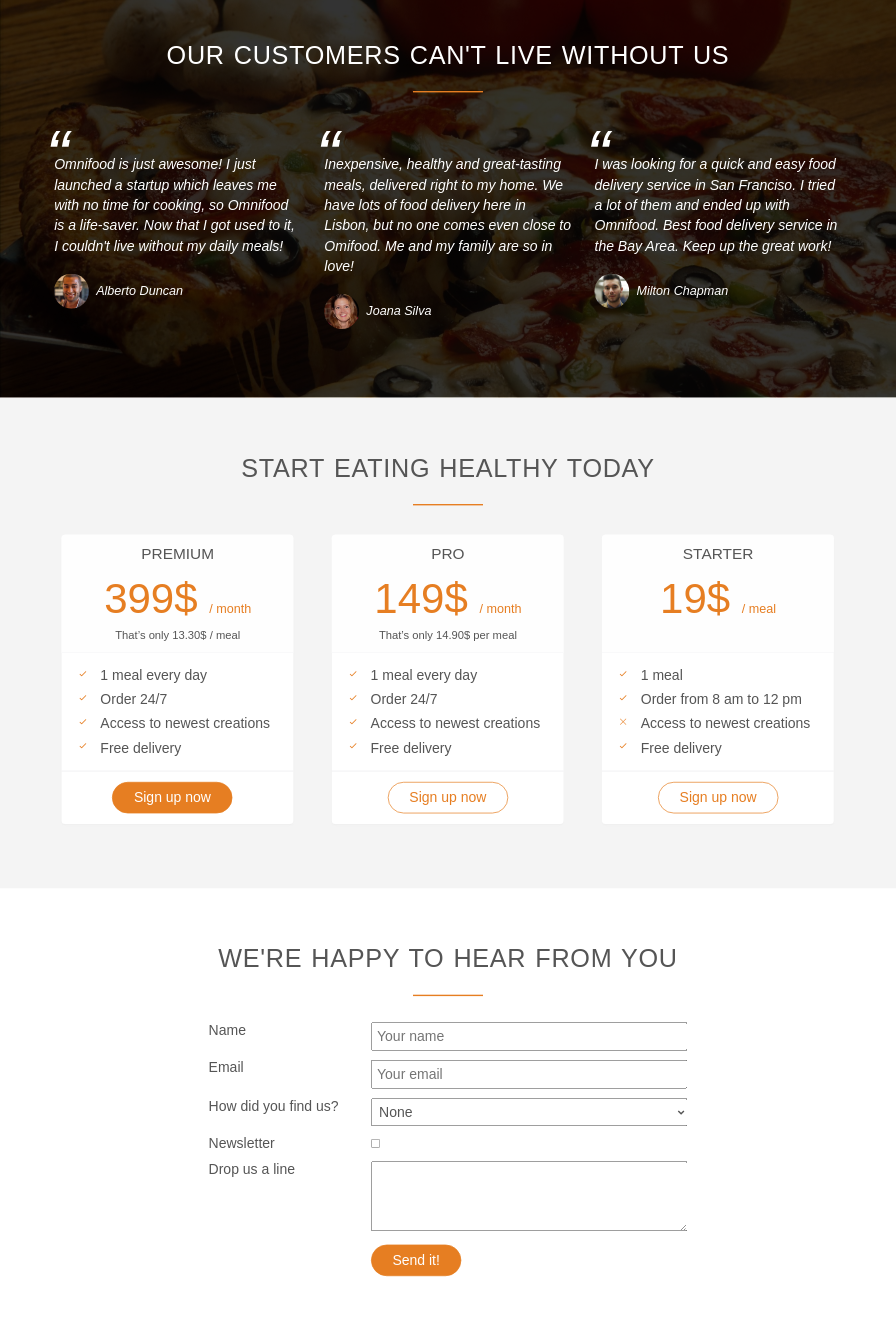
Repository: pboi18/E-Foods
Page: index.html
The author's editor kept a copy of each file at every save. The page is drawn from the files as they stood at one save, then again after the next save.
The browser window is 1280 px wide. The pictures show the part of the page from y = 3310 to 5230 px (the page is 5220 px tall before and 5230 px after), at 70% of full size.
Backgrounds fixed to the window are drawn as part of the page.

Above is the page before, as saved 2020-07-13 23:35:56.

After the next save:
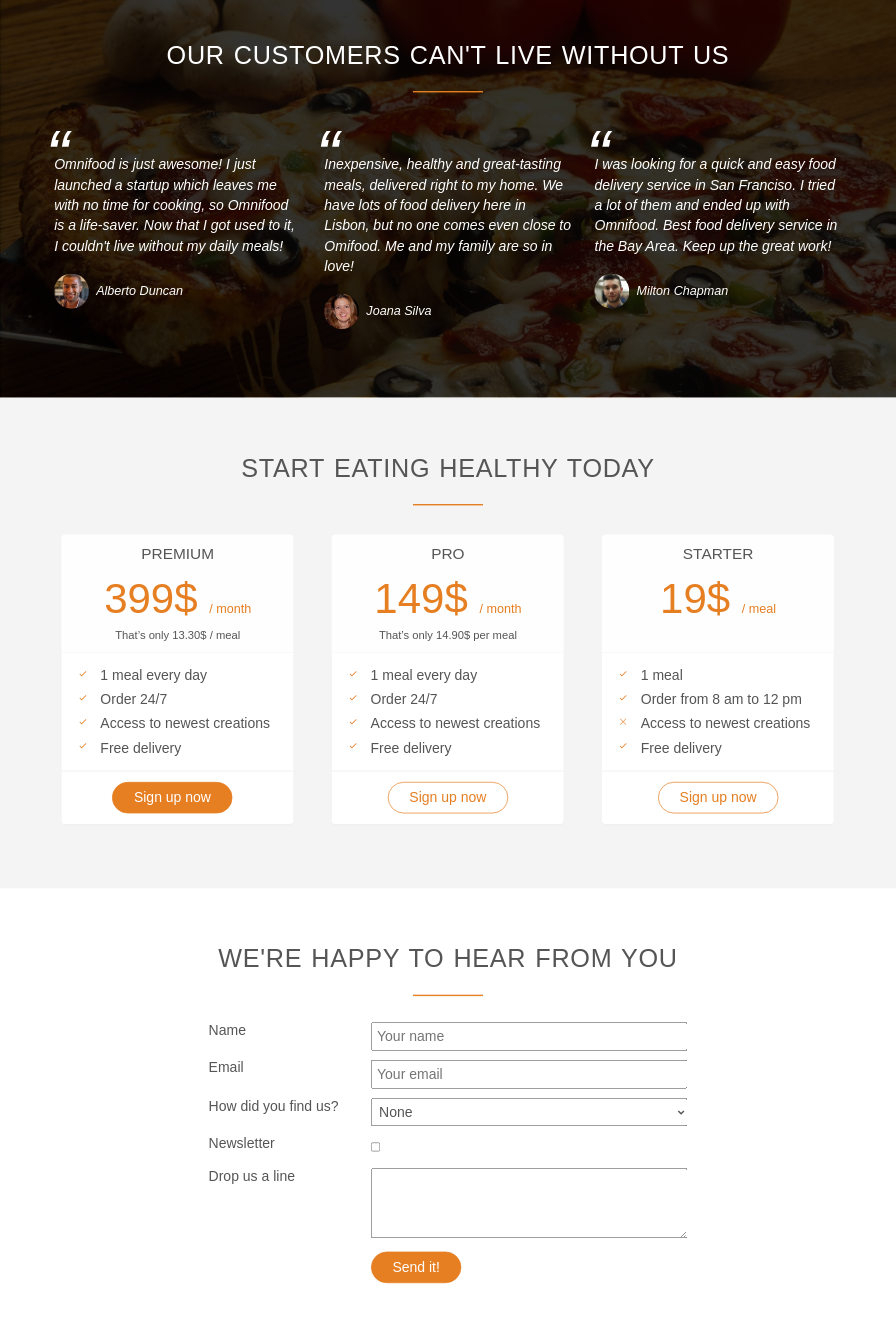
Saved 4 min 23 s later.
--- a/resources/css/style.css
+++ b/resources/css/style.css
@@ -500,3 +500,7 @@
 textarea {
     height: 100px;
 }
+
+input[type=checkbox] {
+    margin: 10px 5px 10px 0;
+}
